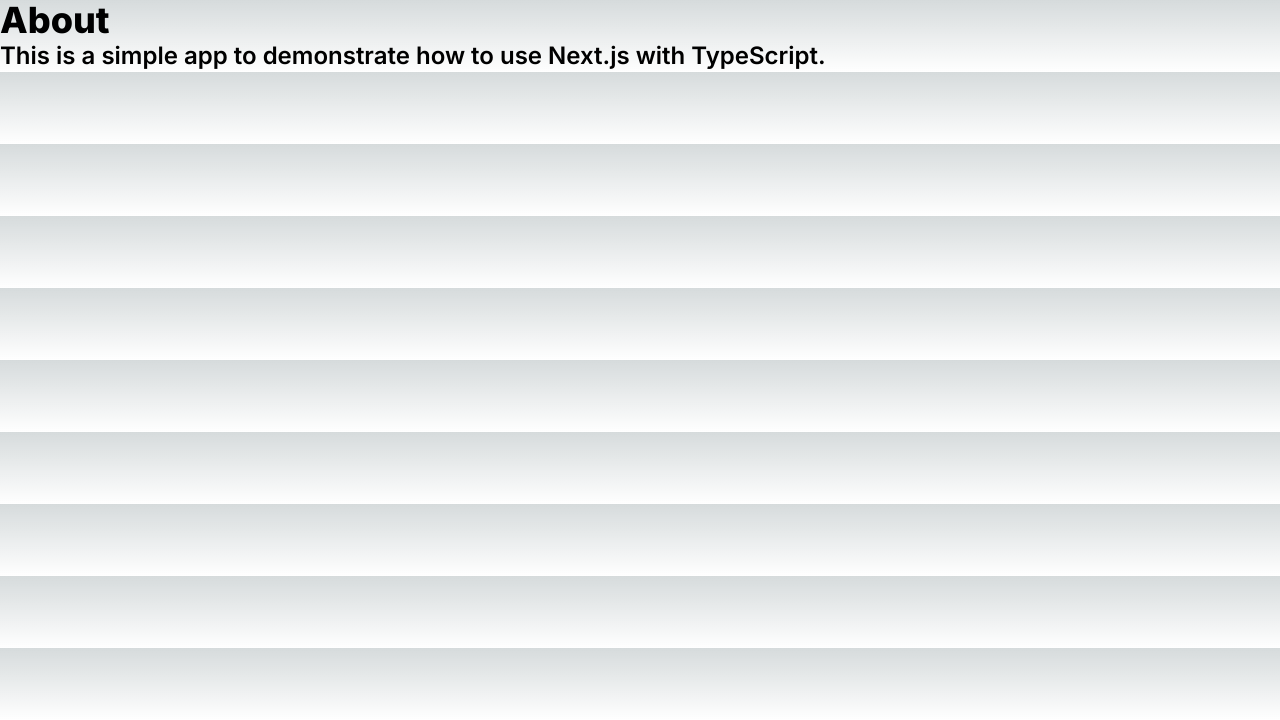
Repository: badhon252/Candidates-portal
Page: /about
An editor plug-in stored every save of this project. The page is shown before and after the next save, followed by the edit.
The browser window is 1280 px wide. The pictures show the whole page.
The project was rebuilt for these pictures with package versions that can differ from the ones it lists, and the page was loaded fresh each time. The framework's server and built-in components were replaced by stand-ins that run in the browser. Also part of the build but not shown: next.config.js.

Above is the page before, as saved 2023-05-31 17:27:45.

### app/layout.tsx
import "./globals.css";
import { Inter } from "next/font/google";

const inter = Inter({ subsets: ["latin"] });

export const metadata = {
  title: "Movie Vault",
  description: "Movie Vault is a place to store your favorite movies",
};

export default function RootLayout({
  children,
}: {
  children: React.ReactNode;
}) {
  return (
    <html lang="en">
      <body className={inter.className}>{children}</body>
    </html>
  );
}

### app/about/page.tsx
export default function page() {
  return (
    <div className="">
      <h1 className="block text-4xl font-extrabold">About</h1>
      <p className="font-semibold text-2xl">
        This is a simple app to demonstrate how to use Next.js with TypeScript.
      </p>
    </div>
  );
}

Loaded but not shown: app/globals.css (common file); tailwind.config.js (common file)

After the next save:
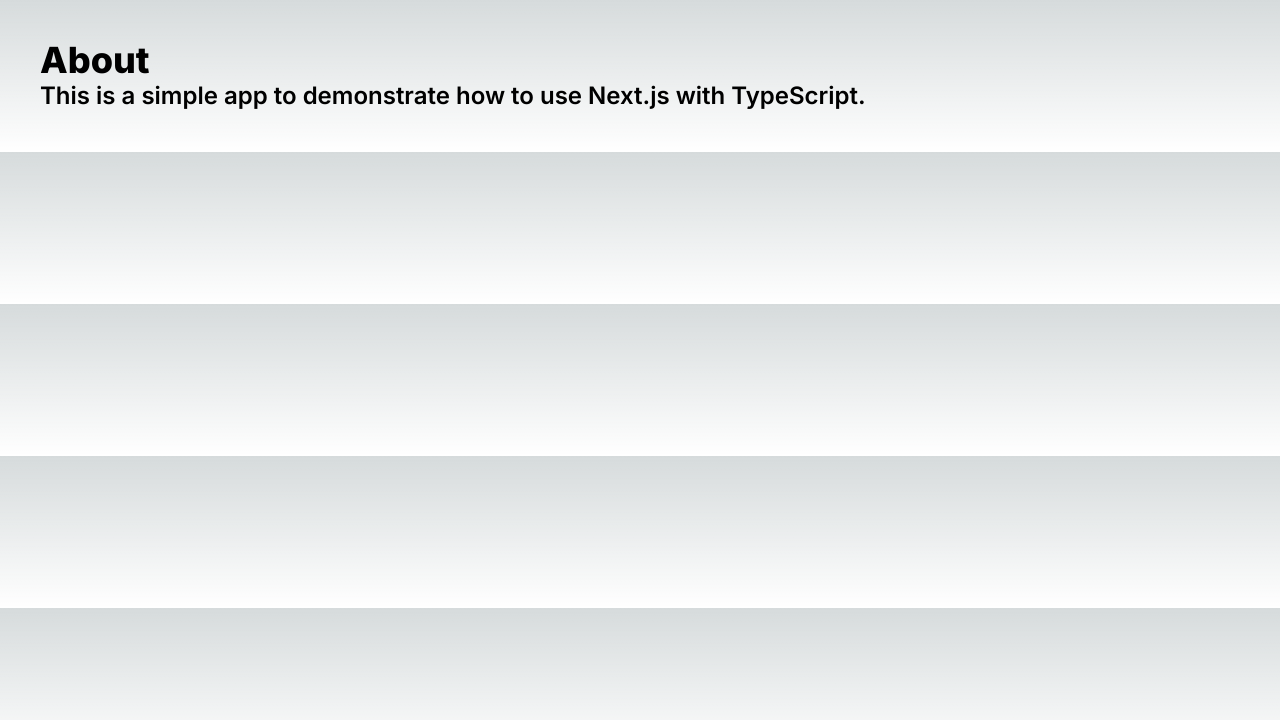
Saved 9 s later.
--- a/app/about/page.tsx
+++ b/app/about/page.tsx
@@ -1,6 +1,6 @@
 export default function page() {
   return (
-    <div className="">
+    <div className="m-10">
       <h1 className="block text-4xl font-extrabold">About</h1>
       <p className="font-semibold text-2xl">
         This is a simple app to demonstrate how to use Next.js with TypeScript.
